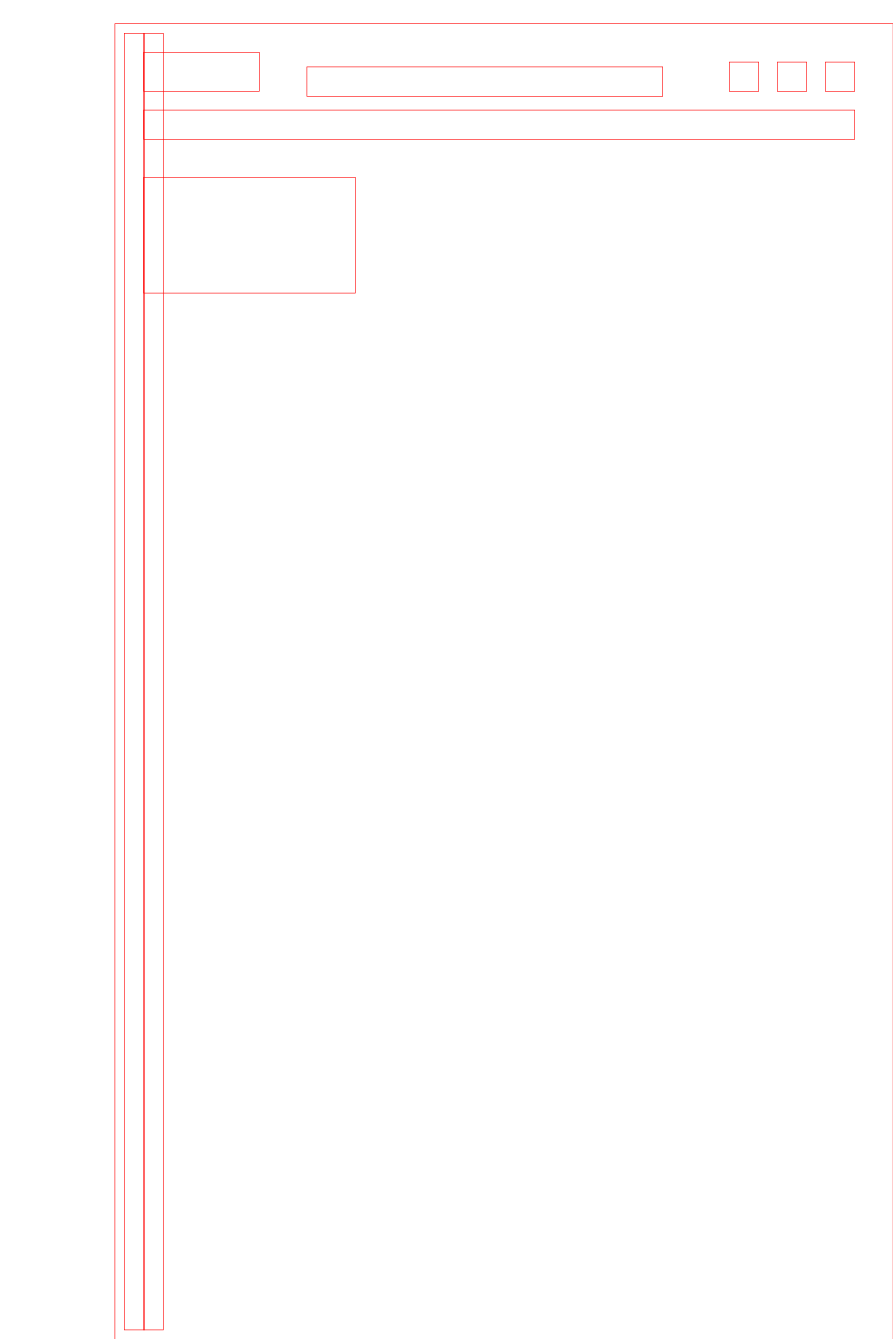
Repository: JacobSkilling-dot/Project1-Blog
Page: Week3-Blog.html
These files come from the project's save history. The page is drawn as it stood at one moment and after the next save; the edit follows.
The browser window is 1280 px wide. The page is 1488 px wide, so the pictures cover 1488 px, including what lies to the right of the window. The pictures show the whole page, at 60% of full size.

Above is the page before, as saved 2023-01-16 20:44:30.

After the next save:
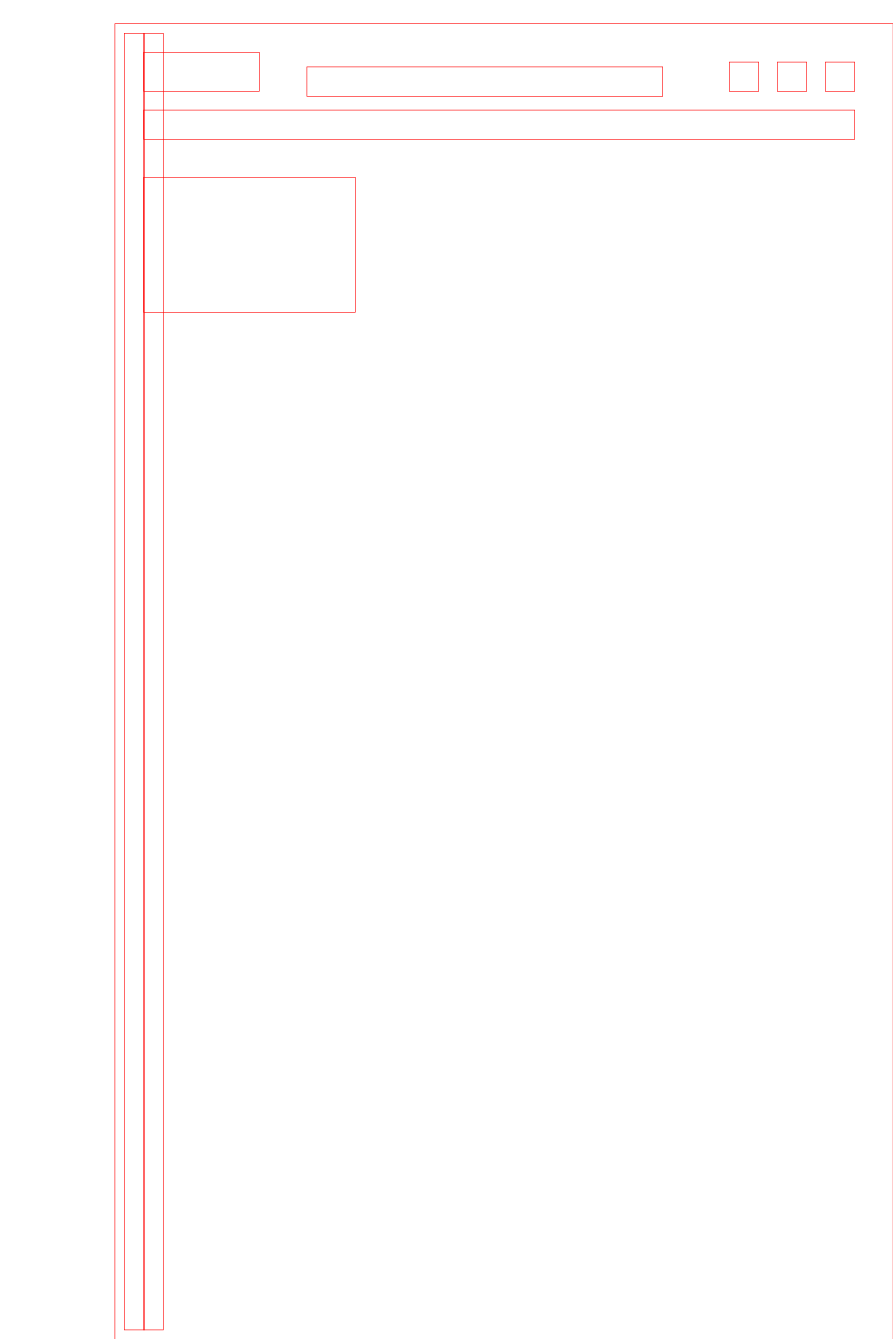
Saved 5 s later.
--- a/Week3-Blog.html
+++ b/Week3-Blog.html
@@ -89,7 +89,7 @@
 
             .large-img1{
                 top: 14rem;
-                height: 10rem;
+                height: 12rem;
                 margin: 2rem;
                 margin-left: 2;
                 width: 20rem;
